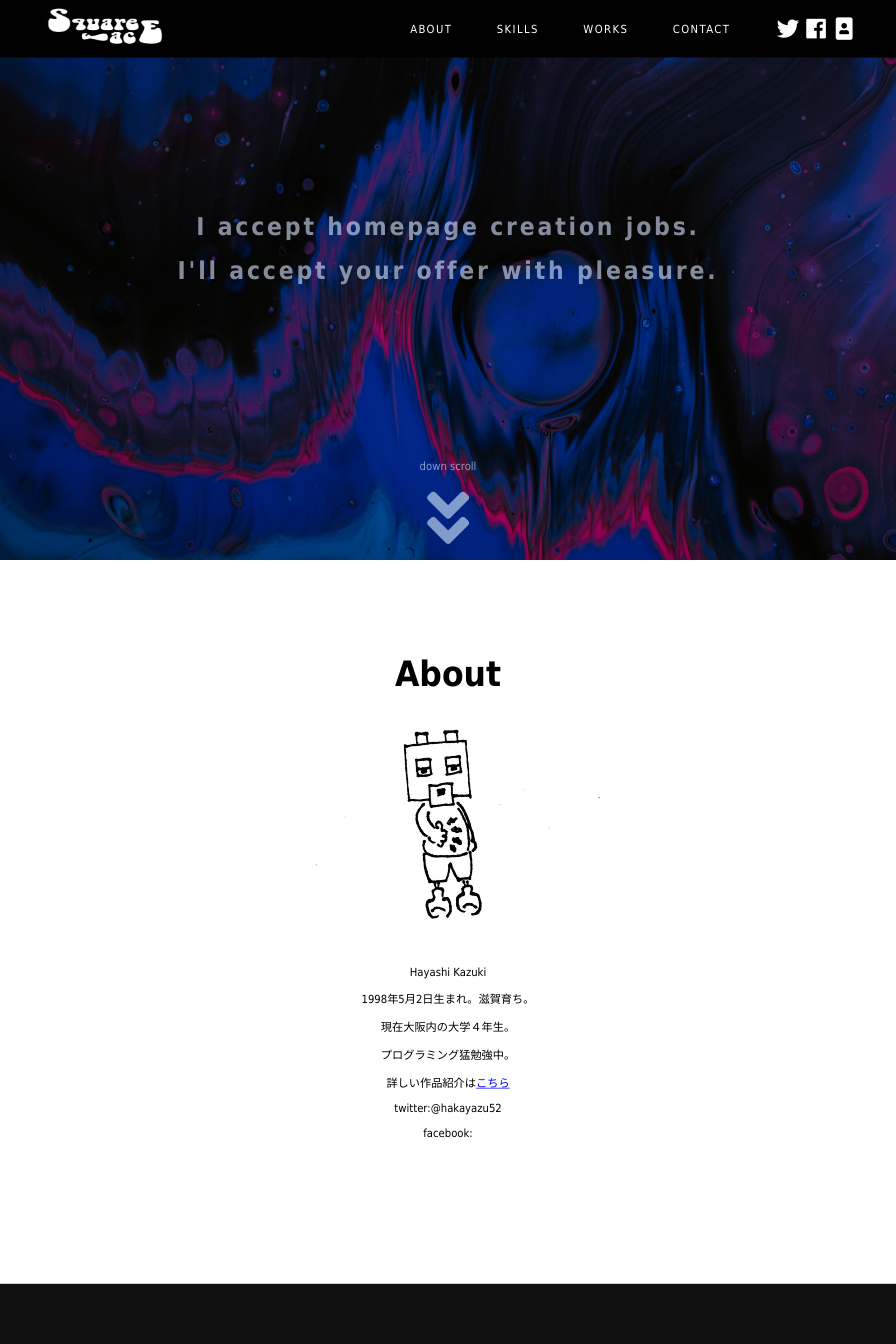
Repository: hayashikazuki/quroud9
Page: king HP/hp/king.html
The author's editor kept a record of every edit. The page is drawn from the files as they stood at one moment, then again after the next edit.
The browser window is 1280 px wide. The pictures show the part of the page from y = 0 to 1920 px (the page is 5058 px tall), at 70% of full size.
Some web libraries are served in a nearby version.

Above is the page before.

After the next edit:
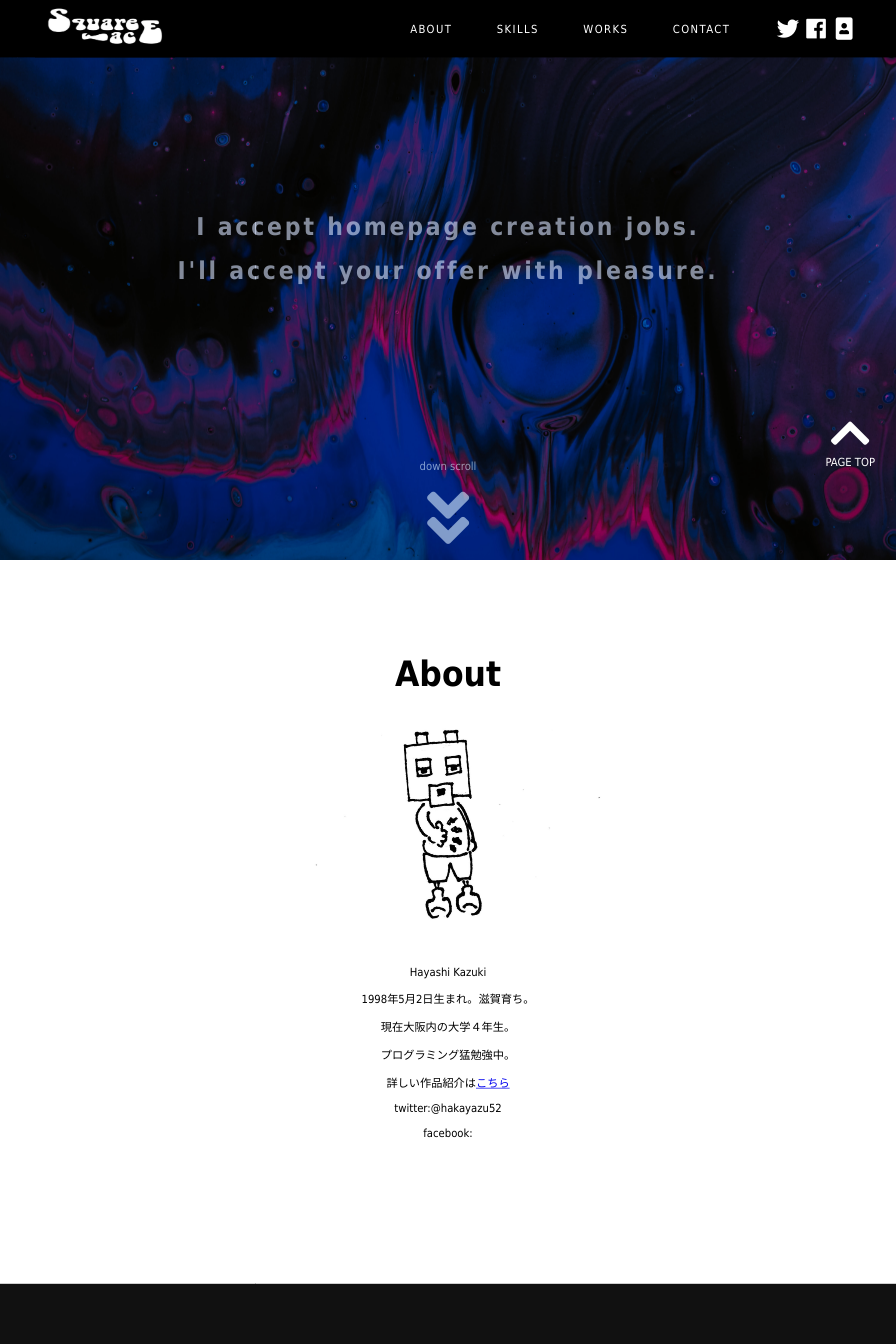
Console error: SyntaxError: Unexpected token ')'
The edit:
--- a/king HP/hp/king.js
+++ b/king HP/hp/king.js
@@ -73,6 +73,9 @@
     }else{
         $('.parallax-slider').attr('src', 'img/pawel-czerwinski-rCbJXrD1l0Y-unsplash.jpg');
     }
+
+    if(window_width <= 559)
+    {
 
     if(scroll > 4500)
     {

After the edit that followed:
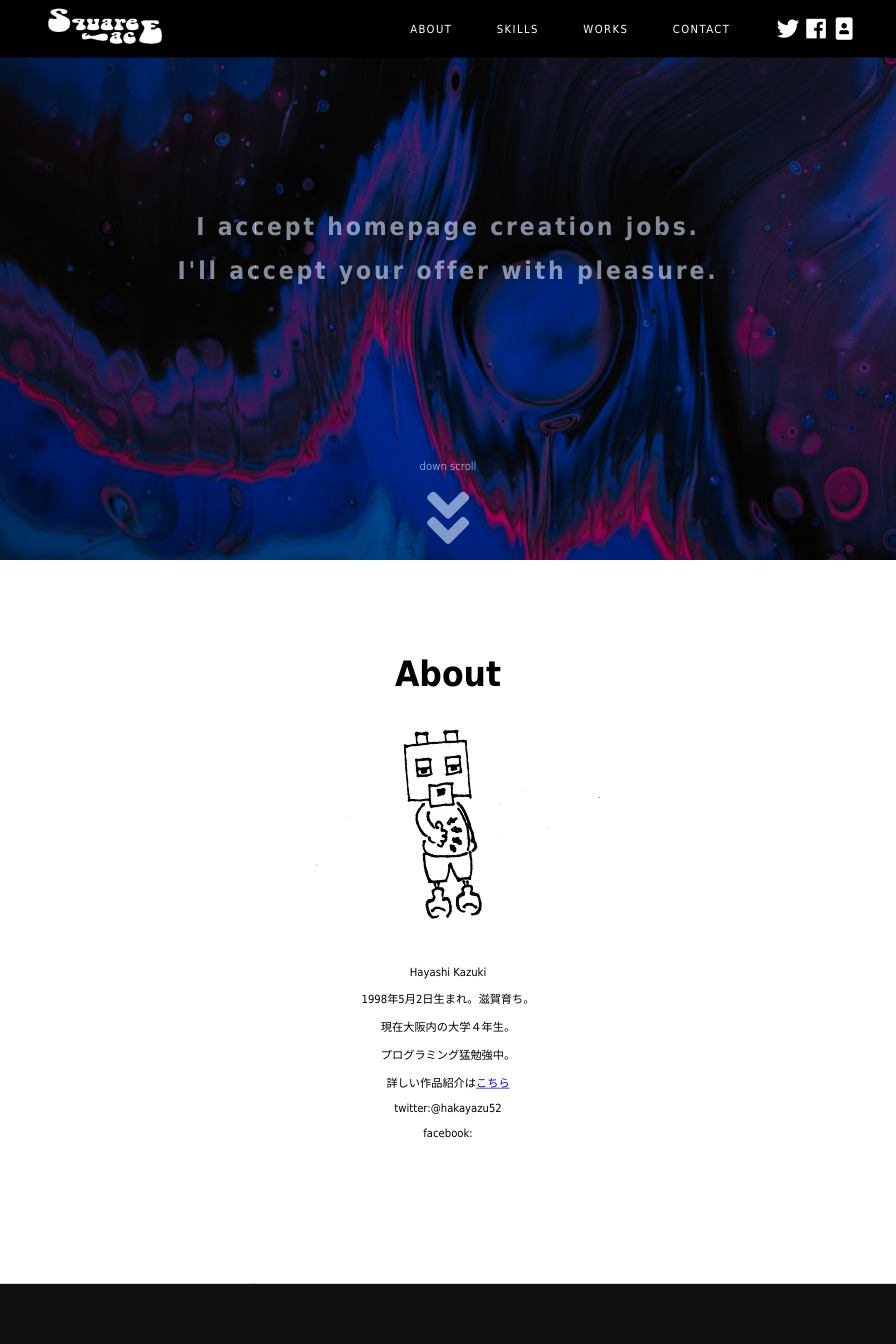
The error is gone.
The edit:
--- a/king HP/hp/king.js
+++ b/king HP/hp/king.js
@@ -82,6 +82,9 @@
         $('.parallax-slider').attr('src', 'img/Blackout-hashtag-activism-e1591217908862.jpg');
     }
 
+    }
+
+
     });
 
 
